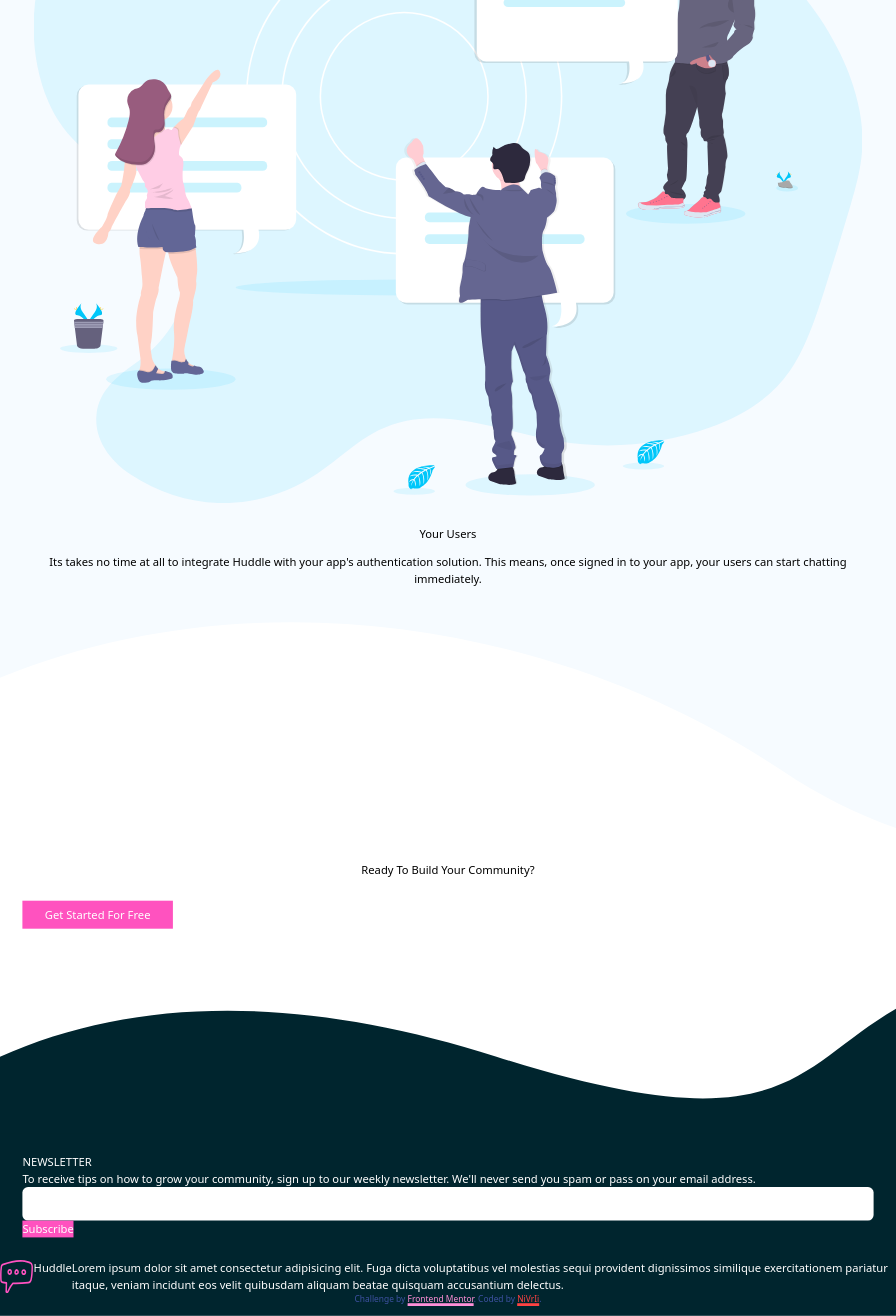
Repository: nivrii/huddle-landing-page-with-curved-sections-master
Page: /
These files come from the project's save history. The page is drawn as it stood at one moment and after the next save; the edit follows.
The browser window is 1280 px wide. The pictures show the part of the page from y = 4564 to 6484 px (the page is 6444 px tall before and 6484 px after), at 70% of full size.
The project was rebuilt for these pictures with package versions that can differ from the ones it lists, and the page was loaded fresh each time. Also part of the build but not shown: vite.config.js.

Above is the page before, as saved 2024-04-15 16:24:05.

### src/App.jsx
import "./App.css";
import message from "./assets/images/icon-messages.svg";
import communities from "./assets/images/icon-communities.svg";

import screenMockup from "./assets/images/screen-mockups.svg";
import grow from "./assets/images/illustration-grow-together.svg";
import users from "./assets/images/illustration-your-users.svg";
import conversation from "./assets/images/illustration-flowing-conversation.svg";

import sectionTop1M from "./assets/images/bg-section-top-mobile-1.svg";
import sectionTop2M from "./assets/images/bg-section-top-mobile-2.svg";
import sectionBottom1M from "./assets/images/bg-section-bottom-mobile-1.svg";
import sectionBottom2M from "./assets/images/bg-section-bottom-mobile-2.svg";
import footerTopM from "./assets/images/bg-footer-top-mobile.svg";

function App() {
  return (
    <div className=" box-border m-0 bg-white w-screen min-h-screen">
      <section className="p-2h">
        <div className="flex flex-row w-full">
          <div className="flex flex-row align-middle  w-3/5">
            <img src={message} className="my-auto w-8 h-8" />
            <h1 className="text-3xl font-Poppins text-Very-dark-cyan font-bold my-auto">
              Huddle
            </h1>
          </div>
          <div className="flex align-middle justify-end w-2/5">
            <input
              className="border-2 border-Light-pink text-Light-pink font-Poppins rounded-3xl px-6 py-2"
              type="button"
              value="Try It Free"
            />
          </div>
        </div>
      </section>

      <section>
        <div className="w-full ">
          <h1>Build The Community Your Fans Will Love</h1>
          <p className="text-wrap">
            Huddle re-imagines the way we build communities. You have a voice,
            so does your audience. Create connections with your users as you
            engage in genuine discussion
          </p>
          <input
            type="submit"
            name="start"
            className="outline-none text-white bg-Pink"
          />
        </div>
      </section>

      <section className="mt-4 m">
        <div className="mx-auto">
          <img src={screenMockup} className="object-contain" />
        </div>
      </section>

      <section className="flex flex-col justify-center">
        <div className="mx-auto w-1/2 ">
          <img src={communities} alt="communities" />
          <h1 className="w-full font-bold text-6xl">1.4k+</h1>
          <p>Communities Formed</p>
        </div>
        <div className="mx-auto w-1/2">
          <img src={message} alt="message" />
          <h1 className="w-full font-bold text-6xl">2.7m+</h1>
          <p>Messages Sent</p>
        </div>
      </section>

      <img src={sectionTop1M} alt="top-top" className="w-full" />

      <section className="flex flex-col space-y-8 bg-sectionBG px-8 py-12">
        <img src={grow} alt="" className="mb-12" />
        <div className="flex flex-col space-y-4 text-center">
          <h1>Grow Together</h1>
          <p>
            Generate meaningful discussions with your audience and build a
            strong, loyal community. Think of the insightful conversations you
            miss out on with a feedback form.
          </p>
        </div>
      </section>

      <img src={sectionBottom1M} alt="top-bottom" className="w-full" />

      <section className="flex flex-col space-y-8 my-20 px-8">
        <img src={conversation} alt="conversations" className="px-4" />
        <div className="flex flex-col space-y-4 text-center">
          <h1>Flowing Conversations</h1>
          <p>
            You wouldn&apos;t paginate a conversation in real life, so why do it
            online? Our threads have just-in-time loading for a more natural
            flow.
          </p>
        </div>
      </section>

      <img src={sectionTop2M} alt="bottom-top" className="w-full" />

      <section className="bg-sectionBG">
        <div className="flex flex-col space-y-8  px-8">
          <img src={users} alt="conversations" className="px-4" />
          <div className="flex flex-col space-y-4 text-center">
            <h1>Your Users</h1>
            <p>
              Its takes no time at all to integrate Huddle with your app&apos;s
              authentication solution. This means, once signed in to your app,
              your users can start chatting immediately.
            </p>
          </div>
        </div>
      </section>

      <img src={sectionBottom2M} alt="bottom-bottom" className="w-full" />

      <section className="flex flex-col space-y-8 mt-12 px-8 mb-28">
        <h1 className="text-center">Ready To Build Your Community?</h1>
        <input
          type="button"
          value="Get Started For Free"
          className="outline-none bg-Pink text-white w-fit py-2 px-8"
        />
      </section>

      <img src={footerTopM} alt="" className="w-full" />

      <footer className="bg-bgFooter -mt-1 pb-4">
        <div className="p-8 text-white">
          <h1>NEWSLETTER</h1>
          <p>
            To receive tips on how to grow your community, sign up to our weekly
            newsletter. We&apos;ll never send you spam or pass on your email
            address.
          </p>
          <input type="text" className="w-full rounded-lg h-12" />
          <input
            type="button"
            value="Subscribe"
            className="outline-none text-white bg-Pink"
          />
        </div>
        <div>
          <div className="flex text-white">
            <img
              src={message}
              alt="message"
              className="fill-white stroke-white"
            />
            <h1>Huddle</h1>
            <p>
              Lorem ipsum dolor sit amet consectetur adipisicing elit. Fuga
              dicta voluptatibus vel molestias sequi provident dignissimos
              similique exercitationem pariatur itaque, veniam incidunt eos
              velit quibusdam aliquam beatae quisquam accusantium delectus.
            </p>
          </div>
        </div>
        <p className="text-xs text-center text-attribution">
          Challenge by{" "}
          <a
            href="https://www.frontendmentor.io?ref=challenge"
            target="_blank"
            className="text-Light-pink underline decoration-solid decoration-4"
          >
            Frontend Mentor
          </a>
          . Coded by{" "}
          <a
            href="https://github.com/nivrii/huddle-landing-page-with-curved-sections-master"
            className="underline decoration-solid decoration-4 text-Light-red"
          >
            NiVrIi
          </a>
          .
        </p>
      </footer>
    </div>
  );
}

export default App;

### src/App.css
@import "tailwindcss/base";
@import "tailwindcss/components";
@import "tailwindcss/utilities";
@import url('https://fonts.google.com/specimen/Poppins');
@import url('https://fonts.google.com/specimen/Open+Sans');

### tailwind.config.js
/** @type {import('tailwindcss').Config} */

/*! tailwindcss v2.2.7 | MIT License | https://tailwindcss.com */
export default {
  content: [
    "./index.html",
    "./src/**/*.{js,ts,jsx,tsx}",
  ],
  theme: {
    extend: {
      screens: {
        'xs': '375px',
        'sm': '640px',
        'md': '768px',
        'lg': '1024px',
        'xl': '1440px',

      },
      colors: {
        'Pink': 'hsl(322, 100%, 66%)',
        'Light-pink': 'hsl(321, 100%, 78%)',
        'Light-red': 'hsl(0, 100%, 63%)',
        'Very-dark-cyan': 'hsl(192, 100%, 9%)',
        'Very-dark-blue': 'hsl(207, 100%, 98%)',
        'sectionBG': '#F6FBFF',
        'bgFooter': '#00252E',
        'attribution': 'hsl(228, 45%, 44%)',
      },
      fontFamily: {
        'Poppins': ['Poppins', 'sans-serif'],
        'Open-sans': ['Open Sans', 'serif'],
      },
    },
  },
  plugins: [],
}

Loaded but not shown: index.html (common file); src/main.jsx (common file)

After the next save:
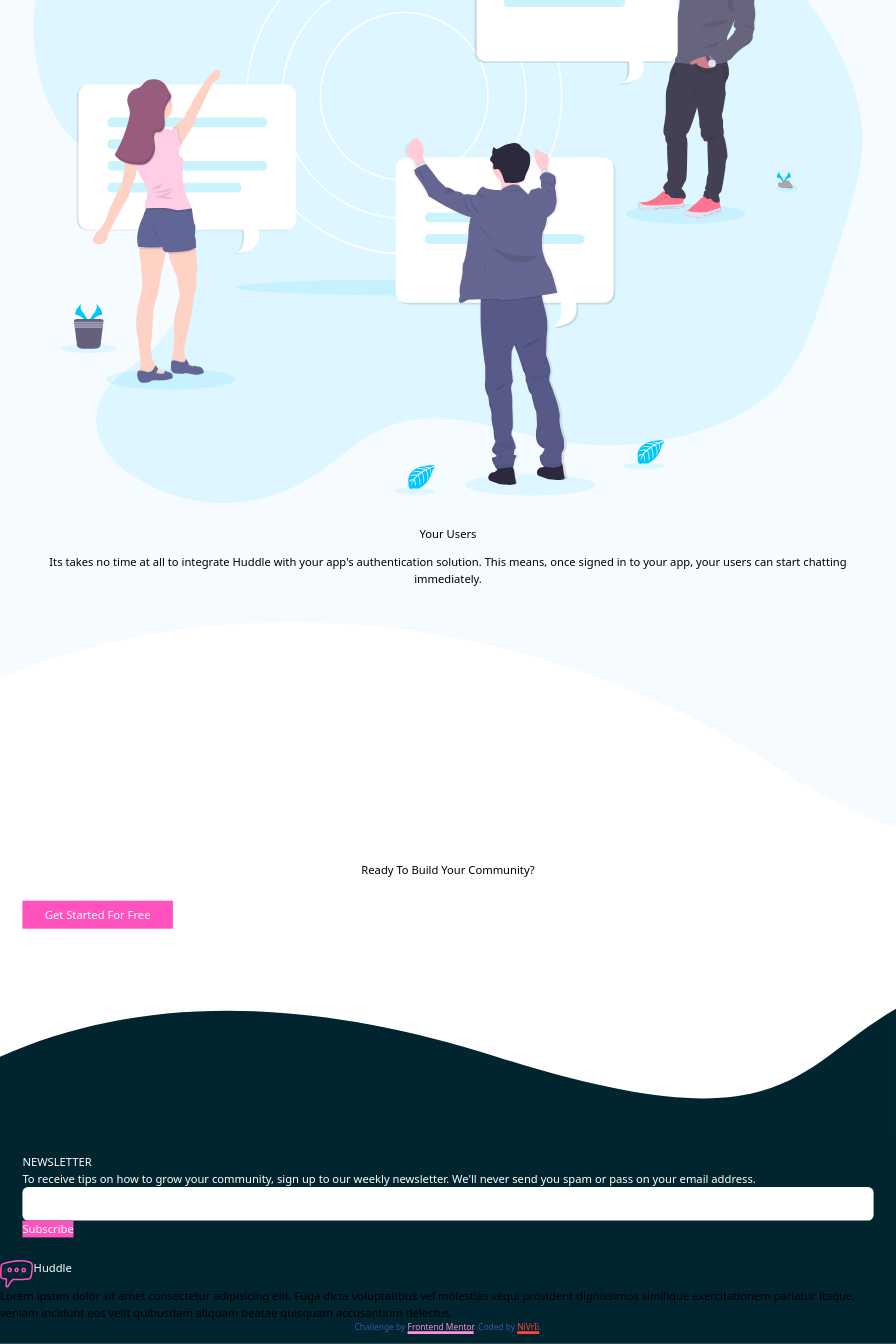
Saved 31 s later.
--- a/src/App.jsx
+++ b/src/App.jsx
@@ -149,13 +149,13 @@
               className="fill-white stroke-white"
             />
             <h1>Huddle</h1>
-            <p>
+          </div>
+          <p>
               Lorem ipsum dolor sit amet consectetur adipisicing elit. Fuga
               dicta voluptatibus vel molestias sequi provident dignissimos
               similique exercitationem pariatur itaque, veniam incidunt eos
               velit quibusdam aliquam beatae quisquam accusantium delectus.
             </p>
-          </div>
         </div>
         <p className="text-xs text-center text-attribution">
           Challenge by{" "}
